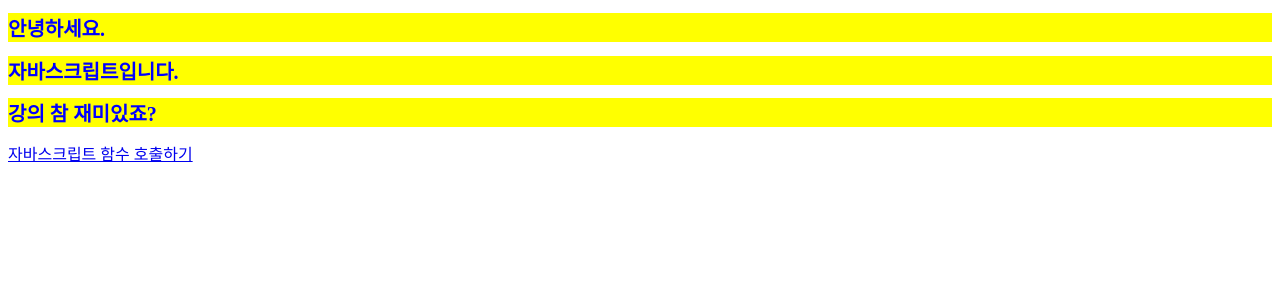
Repository: ssummini/Web
Page: JavaScript/src/main/webapp/javascript/exam19-1.html
These files come from the project's save history. The page is drawn as it stood at one moment and after the next save; the edit follows.
The browser window is 1280 px wide. The pictures show the whole page.
After loading, the first visible `a` was clicked once.

Above is the page before, as saved 2024-08-20 06:29:55.

### JavaScript/src/main/webapp/javascript/exam19-1.html
<!DOCTYPE html>
<html>
<head>
<meta charset="UTF-8">
<title>Insert title here</title>
<style type="text/css">
.myid {
	background: #ff0;
	font-size: 20px;
	font-weight: bold;
	color: #00f;
}
</style>
</head>
<body>
	<h1 class="myid">안녕하세요.</h1>
	<h1 class="myid">자바스크립트입니다.</h1>
	<h1 class="myid">강의 참 재미있죠?</h1>
	<a href="#" onclick="doPrint()">자바스크립트 함수 호출하기</a>

	<script type="text/javascript">
		function doPrint() {
			var myTags = document.getElementsByClassName("myid");
			alert(myTags);
		}
	</script>
</body>
</html>
<!--
    속성 class="" 로 지정된 Element 얻어오기
    1.getElementsByClassName()
	- HTMLCollection 타입 리턴

    CSS 선택자를 이용하여 지정된 Element 얻어오기
    1. querySelector()
	- 1개
	- 파라메터로 CSS 선택자를 넣어준다.

    2. querySelectorAll()
	- 여러개
	- 파라메터로 CSS 선택자를 넣어준다.
	- NodeList 타입 리턴
-->

After the next save:
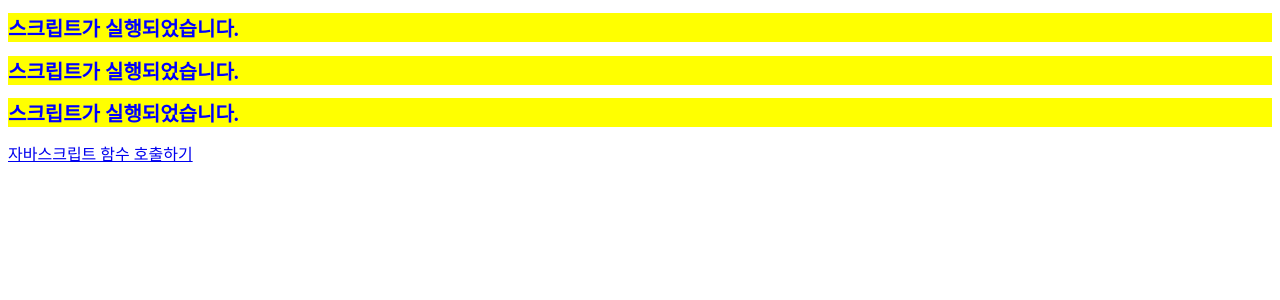
Saved 113 s later.
--- a/JavaScript/src/main/webapp/javascript/exam19-1.html
+++ b/JavaScript/src/main/webapp/javascript/exam19-1.html
@@ -22,6 +22,10 @@
 		function doPrint() {
 			var myTags = document.getElementsByClassName("myid");
 			alert(myTags);
+
+			for(var i=0; i<myTags.length; i++){
+				myTags[i].innerText = "스크립트가 실행되었습니다.";
+			}//for
 		}
 	</script>
 </body>
